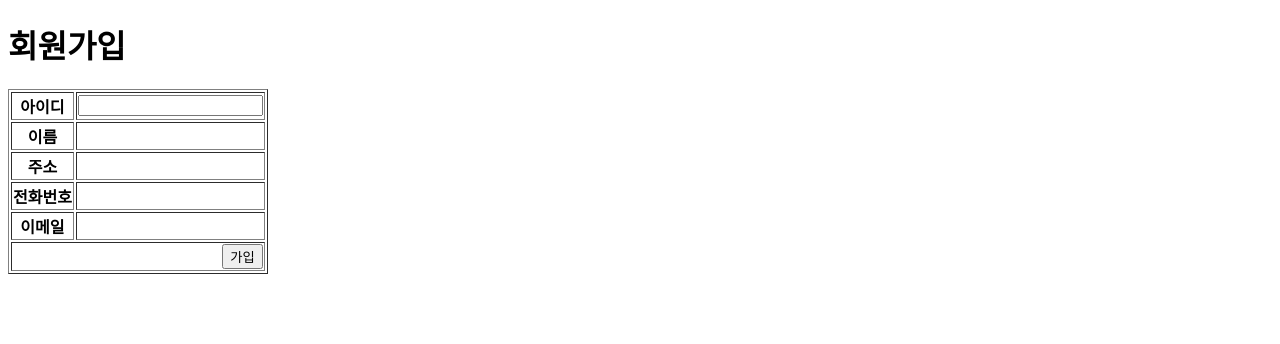
Repository: dd-jiny/KH_Web
Page: http://localhost/Jsp04_LoginBoard/regist.jsp
An editor plug-in stored every save of this project. The page is shown before and after the next save, followed by the edit.
The browser window is 1280 px wide. The pictures show the whole page.
The page is served by Tomcat 9. Other server files are loaded and not shown.

Above is the page before, as saved 2021-02-22 04:44:15.

### Workspace_WEB/Jsp04_LoginBoard/WebContent/regist.jsp
<%@ page language="java" contentType="text/html; charset=UTF-8"
    pageEncoding="UTF-8"%>

<% request.setCharacterEncoding("UTF-8"); %>
<% response.setContentType("text/html; charset=UTF-8");%>
<!DOCTYPE html>
<html>
<head>
<meta charset="UTF-8">
<title>Insert title here</title>
</head>
<body>

	<h1>회원가입</h1>

	<form action="logincontroller.jsp" method="post">
		<input type="hidden" name="command" value="insertuser"/>

	<table border="1">
		<tr>
			<th>아이디</th>
			<td>
				<input type="text" name="myid" required="required" />
			</td>
		</tr>
		<tr>
			<th>이름</th>
			<td></td>
		</tr>
		<tr>
			<th>주소</th>
			<td></td>
		</tr>
		<tr>
			<th>전화번호</th>
			<td></td>
		</tr>
		<tr>
			<th>이메일</th>
			<td></td>
		</tr>
		<tr>
			<td colspan="2" align="right">
				<input type="submit" value="가입" />
				<!-- <button></button> 폼태그 안에 버튼태그를 만들면 서브밋 이벤트 발생 폼태그안에 버튼 쓰지말기 서브밋 용도로만 -->
			</td>
		</tr>
	</table>
	</form>

</body>
</html>

After the next save:
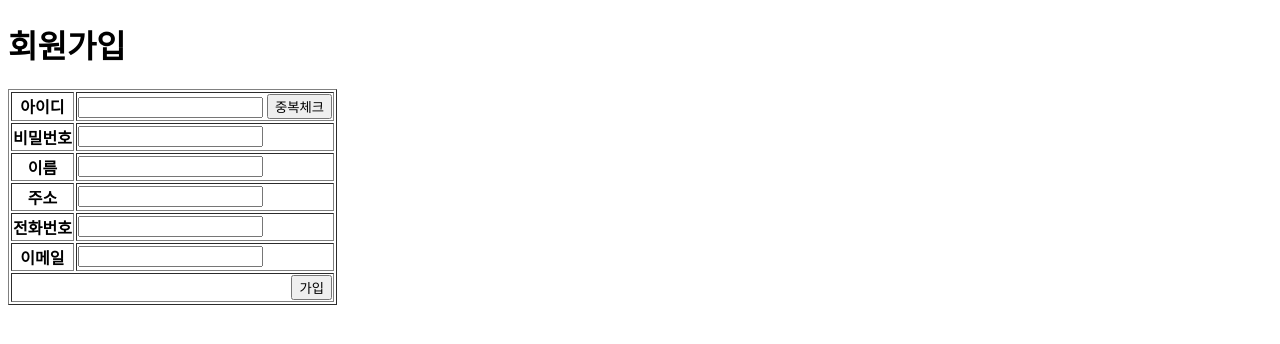
Saved 3 min 36 s later.
--- a/Workspace_WEB/Jsp04_LoginBoard/WebContent/regist.jsp
+++ b/Workspace_WEB/Jsp04_LoginBoard/WebContent/regist.jsp
@@ -20,24 +20,31 @@
 		<tr>
 			<th>아이디</th>
 			<td>
-				<input type="text" name="myid" required="required" />
+				<input type="text" name="myid" required="required" title="n"/>
+				<input type="button" value="중복체크" onclick=""/>
+			</td>
+		</tr>
+		<tr>
+			<th>비밀번호</th>
+			<td>
+				<input type="password" name="mypw" required="required" onclick="idCheckProc();"/>
 			</td>
 		</tr>
 		<tr>
 			<th>이름</th>
-			<td></td>
+			<td><input type="text" name="myname" required="required" onclick="idCheckProc();"/></td>
 		</tr>
 		<tr>
 			<th>주소</th>
-			<td></td>
+			<td><input type="text" name="myaddr" required="required" onclick="idCheckProc();"/></td>
 		</tr>
 		<tr>
 			<th>전화번호</th>
-			<td></td>
+			<td><input type="text" name="myphone" required="required" onclick="idCheckProc();"/></td>
 		</tr>
 		<tr>
 			<th>이메일</th>
-			<td></td>
+			<td><input type="text" name="myemail" required="required" onclick="idCheckProc();"/></td>
 		</tr>
 		<tr>
 			<td colspan="2" align="right">
